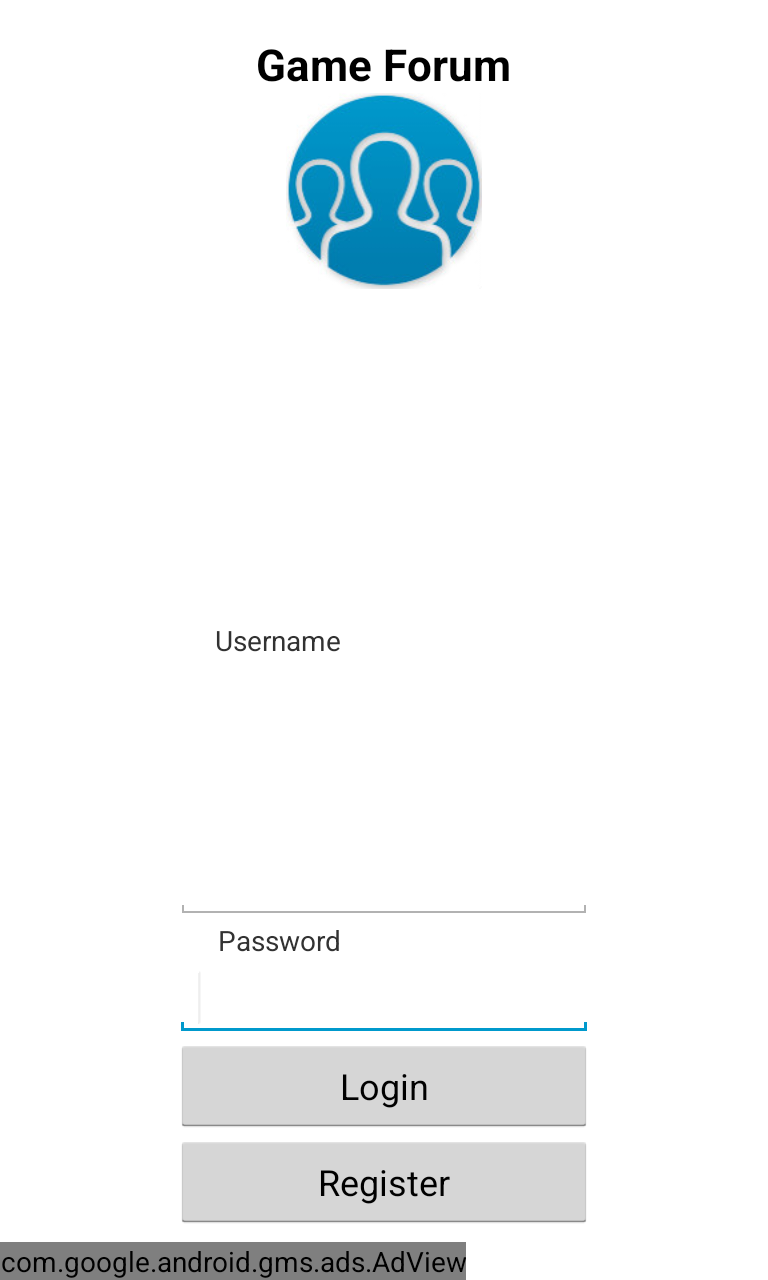
Repository: yuanpeixin/Project
Layout: GameForum/res/layout/login.xml
An editor plug-in stored every save of this project. The layout is shown before and after a run of saves, followed by the edit.
Pictures or frames that could not be fetched are drawn as grey boxes. It is drawn on a 768 x 1280 px phone screen (xhdpi) without system bars, with theme AppTheme; the app's code is not run.

Above is the layout before, as saved 2015-10-05 04:35:45.

### GameForum/res/layout/login.xml
<?xml version="1.0" encoding="utf-8"?>
<RelativeLayout xmlns:android="http://schemas.android.com/apk/res/android"
    xmlns:ads="http://schemas.android.com/apk/res-auto"
    xmlns:tools="http://schemas.android.com/tools"
    android:layout_width="match_parent"
    android:layout_height="match_parent" >

    <Button
        android:id="@+id/register"
        android:layout_width="wrap_content"
        android:layout_height="wrap_content"
        android:layout_alignLeft="@+id/login"
        android:layout_alignParentBottom="true"
        android:layout_alignRight="@+id/login"
        android:layout_marginBottom="25dp"
        android:text="Register" />

    <Button
        android:id="@+id/login"
        android:layout_width="wrap_content"
        android:layout_height="wrap_content"
        android:layout_above="@+id/register"
        android:layout_alignLeft="@+id/password"
        android:layout_alignRight="@+id/password"
        android:text="Login" />

    <EditText
        android:id="@+id/password"
        android:layout_width="wrap_content"
        android:layout_height="wrap_content"
        android:layout_above="@+id/login"
        android:layout_centerHorizontal="true"
        android:ems="10"
        android:inputType="textPassword" >

        <requestFocus />
    </EditText>

    <TextView
        android:id="@+id/textView2"
        android:layout_width="wrap_content"
        android:layout_height="wrap_content"
        android:layout_alignParentTop="true"
        android:layout_centerHorizontal="true"
        android:layout_marginTop="17dp"
        android:gravity="center"
        android:text="Game Forum"
        android:textAppearance="?android:attr/textAppearanceLarge"
        android:textStyle="bold" />

    <ImageView
        android:id="@+id/imageView1"
        android:layout_width="wrap_content"
        android:layout_height="wrap_content"
        android:layout_below="@+id/textView2"
        android:layout_centerHorizontal="true"
        android:src="@drawable/forum_icon" />

    <TextView
        android:id="@+id/TextView01"
        android:layout_width="wrap_content"
        android:layout_height="wrap_content"
        android:layout_above="@+id/password"
        android:layout_alignLeft="@+id/password"
        android:layout_marginLeft="22dp"
        android:text="Password" />

    <EditText
        android:id="@+id/username"
        android:layout_width="wrap_content"
        android:layout_height="wrap_content"
        android:layout_above="@+id/TextView01"
        android:layout_centerHorizontal="true"
        android:ems="10" />

    <TextView
        android:id="@+id/textView1"
        android:layout_width="wrap_content"
        android:layout_height="wrap_content"
        android:layout_alignRight="@+id/TextView01"
        android:layout_centerVertical="true"
        android:text="Username" />

    <com.google.android.gms.ads.AdView
        android:id="@+id/adView"
        android:layout_width="wrap_content"
        android:layout_height="wrap_content"
        android:layout_alignParentBottom="true"
        android:layout_alignParentLeft="true"
        ads:adSize="BANNER"
        ads:adUnitId="ca-app-pub-3673983865885023/6245257391"
        android:gravity="center" >
    </com.google.android.gms.ads.AdView>

</RelativeLayout>

### GameForum/res/values/styles.xml
<resources>

    <!--
        Base application theme, dependent on API level. This theme is replaced
        by AppBaseTheme from res/values-vXX/styles.xml on newer devices.
    -->
    <style name="AppBaseTheme" parent="android:Theme.Light">
        <!--
            Theme customizations available in newer API levels can go in
            res/values-vXX/styles.xml, while customizations related to
            backward-compatibility can go here.
        -->
    </style>

    <!-- Application theme. -->
    <style name="AppTheme" parent="AppBaseTheme">
        <!-- All customizations that are NOT specific to a particular API-level can go here. -->
    </style>



    <style name="WhiteText">
        <item name="android:layout_width">fill_parent</item>
        <item name="android:layout_height">wrap_content</item>
        <item name="android:textColor">#ffffff</item>
        <item name="android:gravity">center</item>
        <item name="android:layout_margin">1dp</item>
        <item name="android:textSize">18sp</item>
        <item name="android:textStyle">bold</item>
        <item name="android:shadowColor">#000000</item>
        <item name="android:shadowDx">1</item>
        <item name="android:shadowDy">1</item>
        <item name="android:shadowRadius">2</item>
    </style>

      <style name="BlackText">
        <item name="android:layout_width">fill_parent</item>
        <item name="android:layout_height">wrap_content</item>
        <item name="android:textColor">#000000</item>
        <item name="android:gravity">center</item>
        <item name="android:layout_margin">5dp</item>
        <item name="android:textSize">25sp</item>
        <item name="android:textStyle">bold</item>
        <item name="android:shadowColor">#ffffff</item>
        <item name="android:shadowDx">1</item>
        <item name="android:shadowDy">1</item>
        <item name="android:shadowRadius">2</item>
    </style>

</resources>

Loaded but not shown: GameForum/res/values-v11/styles.xml (common file); GameForum/res/values-v14/styles.xml (common file)

After the next 2 saves:
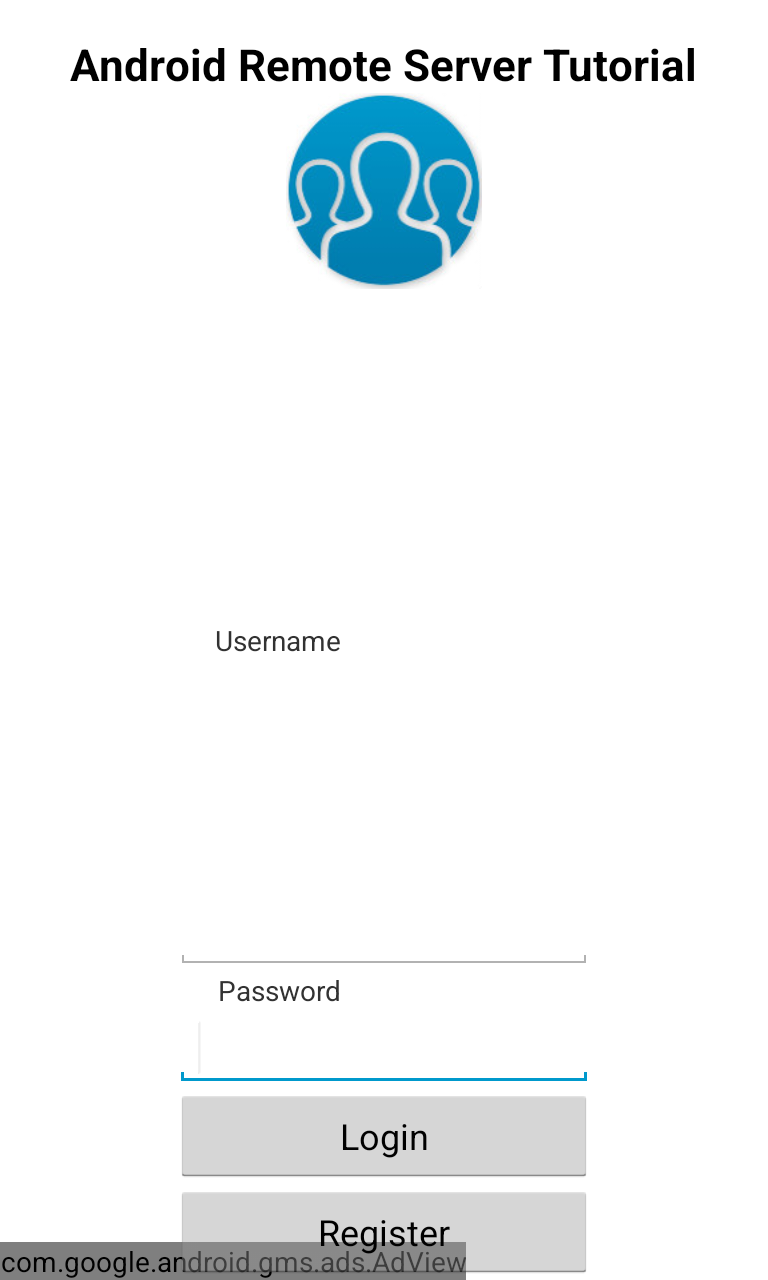
The 2 saves are shown as one change because 1 did not build or start.
The last was saved 2 min 18 s later.
--- a/GameForum/res/layout/login.xml
+++ b/GameForum/res/layout/login.xml
@@ -4,6 +4,17 @@
     xmlns:tools="http://schemas.android.com/tools"
     android:layout_width="match_parent"
     android:layout_height="match_parent" >
+
+    <com.google.android.gms.ads.AdView
+        android:id="@+id/adView"
+        android:layout_width="wrap_content"
+        android:layout_height="wrap_content"
+        android:layout_alignParentBottom="true"
+        android:layout_alignParentLeft="true"
+        ads:adSize="BANNER"
+        ads:adUnitId="ca-app-pub-3673983865885023/6245257391"
+        android:gravity="center" >
+    </com.google.android.gms.ads.AdView>
 
     <Button
         android:id="@+id/register"
@@ -12,7 +23,7 @@
         android:layout_alignLeft="@+id/login"
         android:layout_alignParentBottom="true"
         android:layout_alignRight="@+id/login"
-        android:layout_marginBottom="25dp"
+        android:layout_above="@+id/adView"
         android:text="Register" />
 
     <Button
@@ -44,7 +55,7 @@
         android:layout_centerHorizontal="true"
         android:layout_marginTop="17dp"
         android:gravity="center"
-        android:text="Game Forum"
+        android:text="Android Remote Server Tutorial"
         android:textAppearance="?android:attr/textAppearanceLarge"
         android:textStyle="bold" />
 
@@ -81,15 +92,4 @@
         android:layout_centerVertical="true"
         android:text="Username" />
 
-    <com.google.android.gms.ads.AdView
-        android:id="@+id/adView"
-        android:layout_width="wrap_content"
-        android:layout_height="wrap_content"
-        android:layout_alignParentBottom="true"
-        android:layout_alignParentLeft="true"
-        ads:adSize="BANNER"
-        ads:adUnitId="ca-app-pub-3673983865885023/6245257391"
-        android:gravity="center" >
-    </com.google.android.gms.ads.AdView>
-
 </RelativeLayout>
